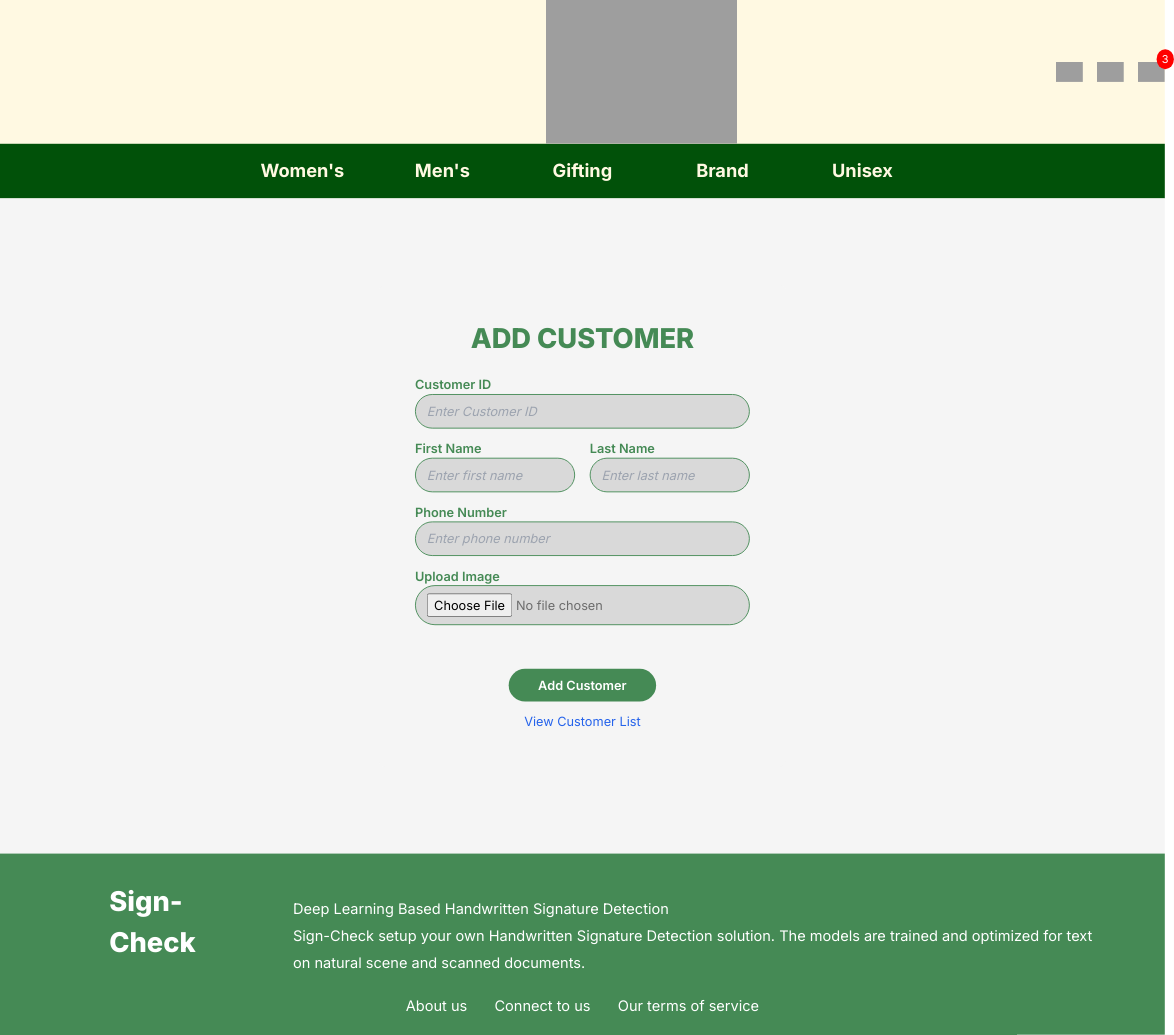
Repository: kimngan2809/AIproject
Page: /add-customer (app in frontend/)
An editor plug-in stored every save of this project. The page is shown before and after a run of saves, followed by the edit.
The browser window is 1280 px wide. The page is 1290 px wide, so the pictures cover 1290 px, including what lies to the right of the window. The pictures show the whole page, at 91% of full size.
Pictures or frames that could not be fetched are drawn as grey boxes. The page's requests for data from a server got no answer. The project was rebuilt for these pictures with package versions that can differ from the ones it lists, and the page was loaded fresh each time. The framework's server and built-in components were replaced by stand-ins that run in the browser. No one was signed in, and anything a server would have sent is missing. Also part of the build but not shown: frontend/next.config.mjs.

Above is the page before, as saved 2024-10-07 02:32:12.

### frontend/src/app/add-customer/layout.jsx
"use client";
import Header from "@/components/header";
import Footer from "@/components/footer";

const Layout = ({ children }) => {
  return (
    <div className="flex flex-col min-h-screen">
      <Header />
      <main className="flex-grow">
        {children}
      </main>
      <Footer />
    </div>
  );
};

export default Layout;

### frontend/src/app/add-customer/page.jsx
"use client";
import { useState } from "react";
import { useRouter } from "next/navigation";

const AddCustomer = () => {
  const [firstName, setFirstName] = useState("");
  const [lastName, setLastName] = useState("");
  const [phoneNumber, setPhoneNumber] = useState("");
  const [customerId, setCustomerId] = useState(""); // Trường ID khách hàng
  const [image, setImage] = useState(null); // Trường tải ảnh
  const [errorText, setErrorText] = useState("");
  const router = useRouter();

  const onAddCustomerClick = (e) => {
    e.preventDefault();
    if (!firstName || !lastName || !phoneNumber || !customerId || !image) {
      setErrorText("Please fill out all fields!");
      return;
    }
    setErrorText("");

    // Logic xử lý thêm khách hàng
    // Bạn có thể thêm mã gọi API để lưu khách hàng ở đây...

    router.push("/confirm");
  };

  const navigateToCustomerList = () => {
    router.push("/customers");
  };

  const handleImageChange = (e) => {
    setImage(e.target.files[0]); // Lưu ảnh được tải lên
  };

  return (
    <div className="flex min-h-screen items-center justify-center px-6 py-12 lg:px-8 bg-[#F5F5F5]">
      <div className="flex flex-col w-full max-w-md bg-[#F5F5F5] rounded-lg overflow-hidden">
        <div className="p-10 bg-[#F5F5F5]">
          <form className="space-y-3" onSubmit={onAddCustomerClick}>
            <h1 className="text-3xl font-extrabold text-[#458A55] mb-6 text-center">ADD CUSTOMER</h1>

            <div className="space-y-0">
              <label htmlFor="customerId" className="block text-sm font-semibold text-[#458A55]">Customer ID</label>
              <input
                id="customerId"
                name="customerId"
                type="text"
                placeholder="Enter Customer ID"
                value={customerId}
                onChange={(e) => setCustomerId(e.target.value)}
                required
                className="mt-1 block w-full px-3 py-2 bg-[#D9D9D9] border border-[#458A55] rounded-full text-sm text-[#00000080] focus:outline-none placeholder:italic"
              />
            </div>

            <div className="flex space-x-4 space-y-0">
              <div className="w-1/2 space-y-0">
                <label htmlFor="firstName" className="block text-sm font-semibold text-[#458A55]">First Name</label>
                <input
                  id="firstName"
                  name="firstName"
                  type="text"
                  placeholder="Enter first name"
                  value={firstName}
                  onChange={(e) => setFirstName(e.target.value)}
                  required
                  className="mt-1 block w-full px-3 py-2 bg-[#D9D9D9] border border-[#458A55] rounded-full text-sm text-[#00000080] focus:outline-none placeholder:italic"
                />
              </div>

              <div className="w-1/2 space-y-0">
                <label htmlFor="lastName" className="block text-sm font-semibold text-[#458A55]">Last Name</label>
                <input
                  id="lastName"
                  name="lastName"
                  type="text"
                  placeholder="Enter last name"
                  value={lastName}
                  onChange={(e) => setLastName(e.target.value)}
                  required
                  className="mt-1 block w-full px-3 py-2 bg-[#D9D9D9] border border-[#458A55] rounded-full text-sm text-[#00000080] focus:outline-none placeholder:italic"
                />
              </div>
            </div>

            <div className="space-y-0">
              <label htmlFor="phoneNumber" className="block text-sm font-semibold text-[#458A55]">Phone Number</label>
              <input
                id="phoneNumber"
                name="phoneNumber"
                type="text"
                placeholder="Enter phone number"
                value={phoneNumber}
                onChange={(e) => setPhoneNumber(e.target.value)}
                required
                className="mt-1 block w-full px-3 py-2 bg-[#D9D9D9] border border-[#458A55] rounded-full text-sm text-[#00000080] focus:outline-none placeholder:italic"
              />
            </div>

            <div className="space-y-0">
              <label htmlFor="image" className="block text-sm font-semibold text-[#458A55]">Upload Image</label>
              <input
                id="image"
                name="image"
                type="file"

                accept="image/*" // Chỉ chấp nhận các định dạng ảnh
                onChange={handleImageChange}
                required
                className="mt-1 block w-full px-3 py-2 bg-[#D9D9D9] border border-[#458A55] rounded-full text-sm text-[#00000080] focus:outline-none placeholder:italic"
              />
            </div>

            <div style={{ minHeight: "24px" }}>
              {errorText && <span style={{ color: "red" }}>{errorText}</span>}
            </div>

            <div className="text-center">
              <button
                type="submit"
                className="font-medium py-2 px-8 bg-[#458A55] text-white rounded-full text-sm font-semibold hover:bg-[#3c7b4a] transition"
              >
                Add Customer
              </button>
            </div>

            <div className="text-center text-sm text-[#458A55]">
              <span className="text-blue-600 hover:underline cursor-pointer" onClick={navigateToCustomerList}>
                View Customer List
              </span>
            </div>
          </form>
        </div>
      </div>
    </div>
  );
};

export default AddCustomer;

### frontend/src/components/footer.jsx
import React from 'react';
import Link from "next/link";

const Footer = () => {
    const footerStyle = {
        backgroundColor: '#015109',
        color: '#FFF9E2',
        padding: '20px 0',
        // display: 'flex',
        justifyContent: 'space-around',
        alignItems: 'center',
        marginTop:'20px'
    };
    const paymentImageStyle = {
        width: '90px',

        borderRadius: '5px',
        margin: '5px',
    };

    const columnStyle = {
        display: 'flex',
        flexDirection: 'column',
        alignItems: 'flex-start',
        margin:'30px',
        paddingLeft:'100px'
    };

    const listStyle = {
        listStyle: 'none',
        spaceLine:'5px',

    };

    const socialMediaStyle = {
        display: 'flex',
        justifyContent:'space-evenly',
        width: '50px',
        marginTop: '20px',
        borderRadius:'50%',
        marginLeft:'30px'
    };const bottomStyle = {
        width: '100%',
        borderTop: '1px solid #FFF9E2',
        display:'flex'



    };

    return (
        <footer style={{ backgroundColor: '#458A55', padding: '20px', color: '#fff' }}>
      <div className="footer-content" style={{display:'flex'}}>
        <div style={{marginLeft:'50px',paddingLeft:'50px', marginTop:'10px',width:'20vw'}}>
        <h1 className="font-extrabold" style={{ fontSize: '30px' }}>Sign-Check</h1>
        </div>
        <div style={{ marginLeft:'50px',lineHeight:'30px',marginRight:'50px', marginTop:'20px'}}>
        <p style={{ marginTop: '5px', fontSize: '16px' }}>
          Deep Learning Based Handwritten Signature Detection
          <br />
          Sign-Check setup your own Handwritten Signature Detection solution. The models are trained and optimized for text on natural scene and scanned documents.
        </p>
        </div>
      </div>
      <div className="footer-links" style={{ display: 'flex', justifyContent: 'center', gap: '30px', marginTop: '20px' }}>
        <a href="#" style={{ color: '#fff', textDecoration: 'none', fontSize: '16px' }}>About us</a>
        <a href="#" style={{ color: '#fff', textDecoration: 'none', fontSize: '16px' }}>Connect to us</a>
        <a href="#" style={{ color: '#fff', textDecoration: 'none', fontSize: '16px' }}>Our terms of service</a>
      </div>
    </footer>
    );
};

export default Footer;

Loaded but not shown: frontend/src/app/layout.js (common file); frontend/src/app/globals.css (common file); frontend/tailwind.config.js (common file); frontend/src/utils/helper.js (39 lines, source omitted); frontend/src/utils/api-caller.js (17 lines, source omitted); frontend/src/components/header.jsx (325 lines, source omitted)

After the next 2 saves:
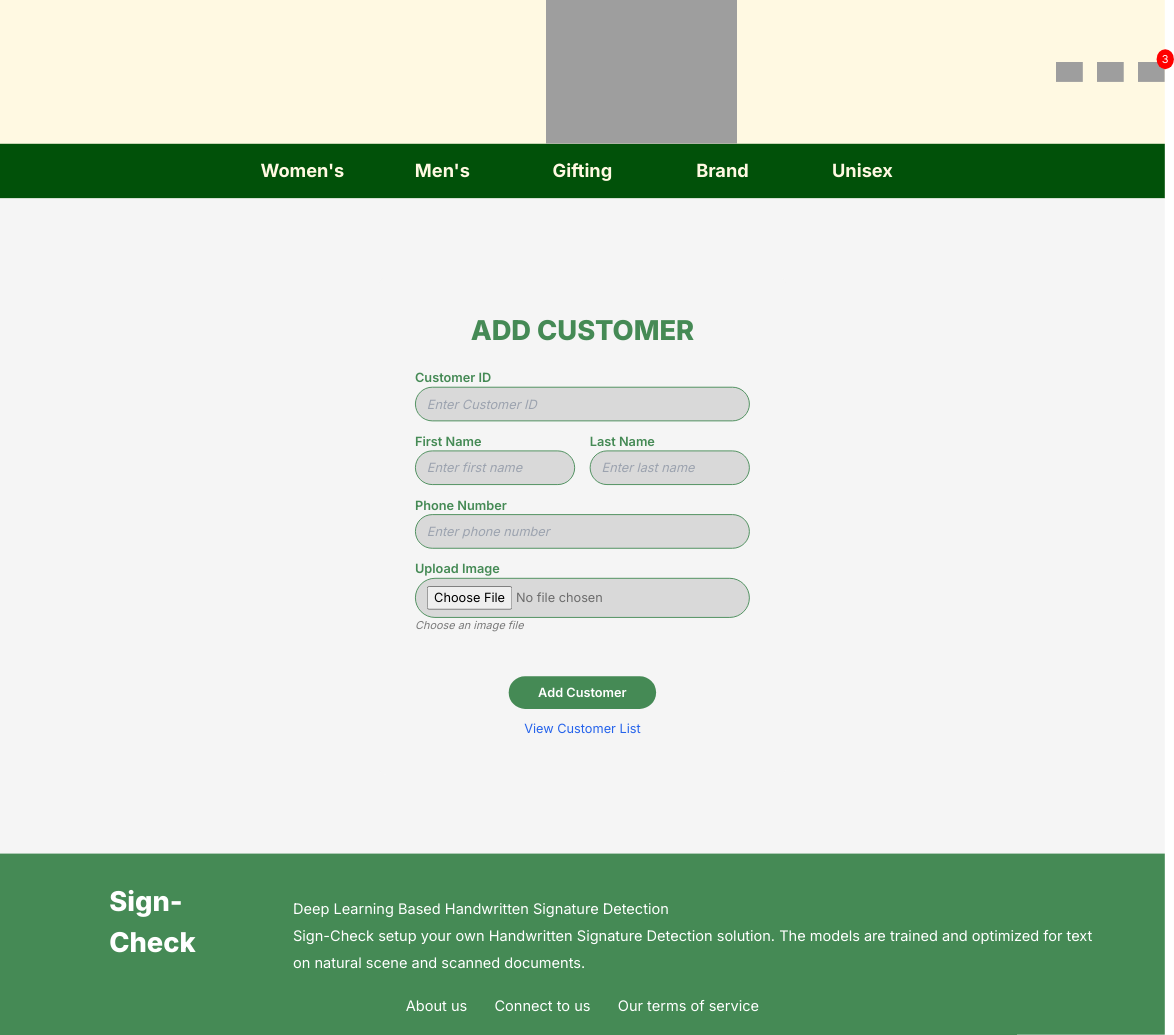
The 2 saves are shown as one change because they came seconds apart.
The last was saved 58 s later.
--- a/frontend/src/app/add-customer/page.jsx
+++ b/frontend/src/app/add-customer/page.jsx
@@ -110,6 +110,9 @@
                 required
                 className="mt-1 block w-full px-3 py-2 bg-[#D9D9D9] border border-[#458A55] rounded-full text-sm text-[#00000080] focus:outline-none placeholder:italic"
               />
+              <label htmlFor="image" className="block text-xs text-[#00000080] italic">
+  Choose an image file
+</label>
             </div>
 
             <div style={{ minHeight: "24px" }}>

After the save that followed:
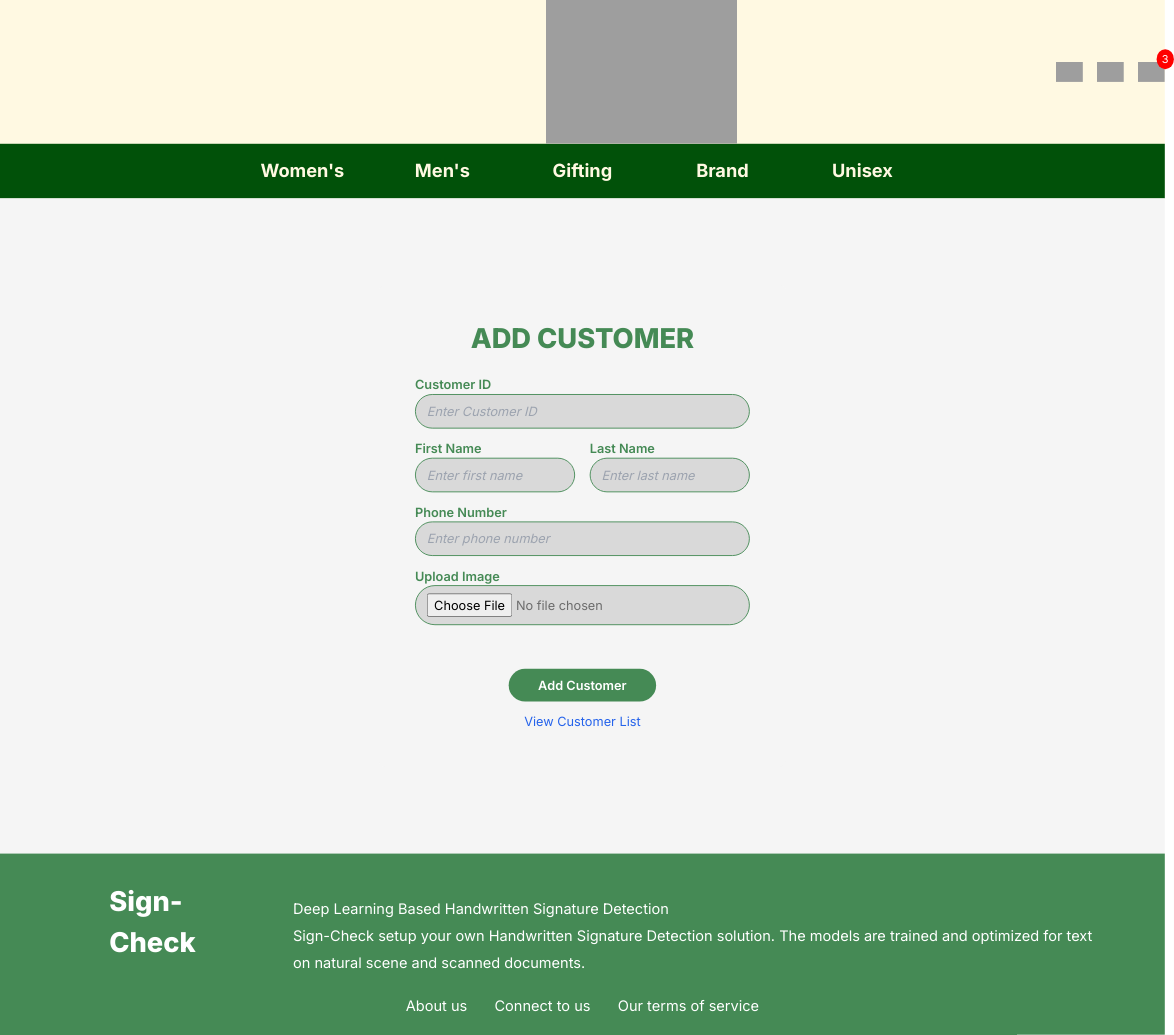
Saved 41 s later.
--- a/frontend/src/app/add-customer/page.jsx
+++ b/frontend/src/app/add-customer/page.jsx
@@ -110,9 +110,7 @@
                 required
                 className="mt-1 block w-full px-3 py-2 bg-[#D9D9D9] border border-[#458A55] rounded-full text-sm text-[#00000080] focus:outline-none placeholder:italic"
               />
-              <label htmlFor="image" className="block text-xs text-[#00000080] italic">
-  Choose an image file
-</label>
+
             </div>
 
             <div style={{ minHeight: "24px" }}>
